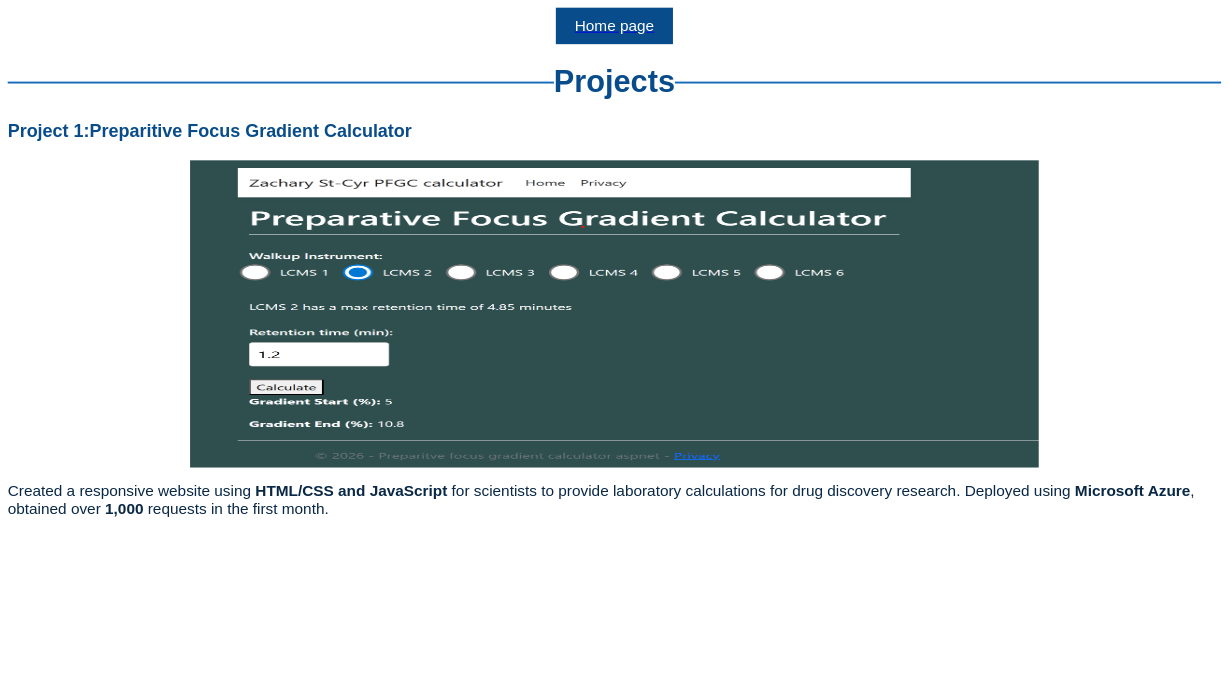
Repository: zackaroo20/zackaroo20
Page: pages/projects.html
The author's editor kept a copy of each file at every save. The page is drawn from the files as they stood at one save, then again after the next save.
The browser window is 1280 px wide. The pictures show the whole page, at 96% of full size.

Above is the page before, as saved 2026-05-19 11:58:41.

### pages/projects.html
<!doctype html>
<html lang="en">
  <head>
    <meta charset="UTF-8" />
    <meta name="viewport" content="width=device-width, initial-scale=1.0" />
    <title>Document</title>
    <link rel="stylesheet" href="/styles/pages.css" />
  </head>
  <header>
     <a href="../index.html"><button>Home page</button></a>
    <style>
      h1 {
        display: flex;
        flex-direction: row;
      }

      h1:before,
      h1:after {
        content: "";
        flex: 1 1;
        border-bottom: 2px solid #166ab8;
        margin: auto;
      }

      /* https://www.geeksforgeeks.org/css/how-to-make-horizontal-line-with-words-in-the-middle-using-css/ */
    </style>
  </header>
  <body>
    <h1>Projects</h1>
    <h3>Project 1:Preparitive Focus Gradient Calculator</h3>
    <img alt="pfgc" src="/assets/Project1.png" />
    <p>
      Created a responsive website using
      <strong>HTML/CSS and JavaScript</strong> for scientists to provide
      laboratory calculations for drug discovery research. Deployed using
      <strong>Microsoft Azure</strong>, obtained over
      <strong>1,000</strong> requests in the first month.
    </p>
  </body>
</html>

### styles/pages.css
h1{
    display: flex;
    justify-content: center;
    font-family: Arial, Helvetica, sans-serif;
    color: #084c8b;

}
button{
    /* auto complete */
    display: flex;
    justify-content: center;
    margin: auto;
    color: white;
    background-color: #084c8b;

    border: none;
    padding: 10px 20px;
    text-align: center;
    text-decoration: none;
    font-size: 16px;
}

h3{

    font-family: Arial, Helvetica, sans-serif;
    color: #084c8b;
}
img{
    display: flex;
    justify-content: center;
    width: 70%;
    height: 20rem;
    margin: auto;

}
p{
    font-family: Arial, Helvetica, sans-serif;
    color: #092846;
}

After the next save:
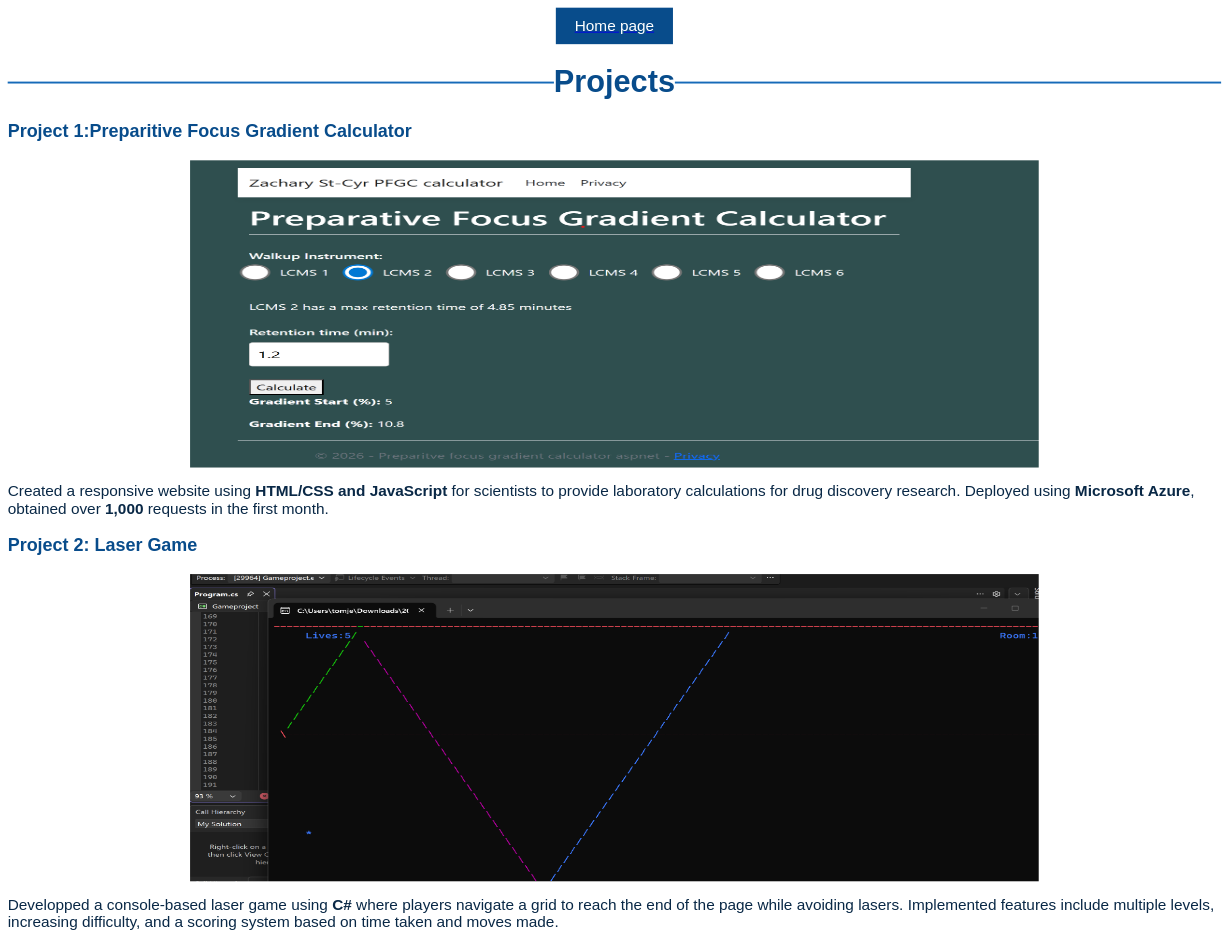
Saved 4 min 49 s later.
--- a/pages/projects.html
+++ b/pages/projects.html
@@ -7,7 +7,7 @@
     <link rel="stylesheet" href="/styles/pages.css" />
   </head>
   <header>
-     <a href="../index.html"><button>Home page</button></a>
+    <a href="../index.html"><button>Home page</button></a>
     <style>
       h1 {
         display: flex;
@@ -36,5 +36,13 @@
       <strong>Microsoft Azure</strong>, obtained over
       <strong>1,000</strong> requests in the first month.
     </p>
+    <h3>Project 2: Laser Game</h3>
+    <img alt="laser game" src="/assets/Lasergame.png" />
+    <p>
+      Developped a console-based laser game using <strong>C#</strong>
+      where players navigate a grid to reach the end of the page while avoiding
+      lasers. Implemented features include multiple levels, increasing
+      difficulty, and a scoring system based on time taken and moves made.
+    </p>
   </body>
 </html>
